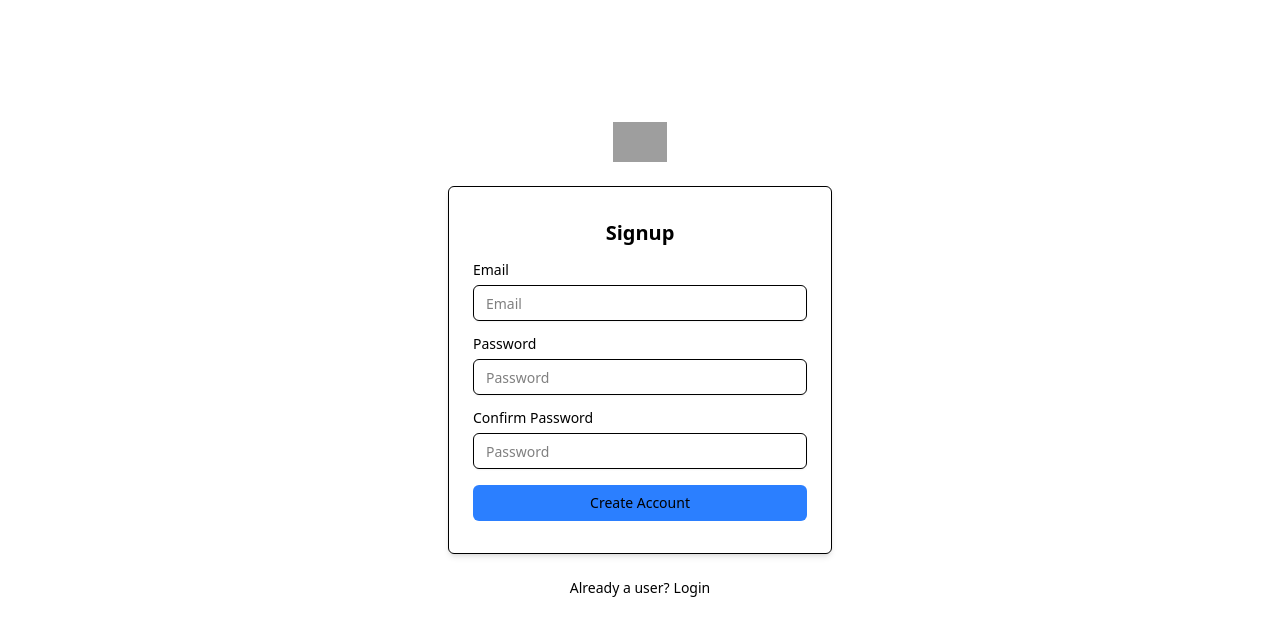
Repository: Syed-Mohsin-Ali786/frontend-expense-tracker
Page: /signup
The author's editor kept a copy of each file at every save. The page is drawn from the files as they stood at one save, then again after the next save.
The browser window is 1280 px wide. The pictures show the whole page.
Pictures or frames that could not be fetched are drawn as grey boxes. The project was rebuilt for these pictures with package versions that can differ from the ones it lists, and the page was loaded fresh each time. Also part of the build but not shown: src/components/ui/dialog.tsx, src/components/AddExpenseDialog.tsx, src/pages/MainPage.tsx.

Above is the page before, as saved 2025-09-30 10:47:09.

### index.html
<!doctype html>
<html lang="en">
  <head>
    <meta charset="UTF-8" />
    <link rel="icon" type="image/svg+xml" href="/ExpenseTracker.png" />
    <meta name="viewport" content="width=device-width, initial-scale=1.0" />
    <title>Expense Tracker</title>
  </head>
  <body>
    <div id="root"></div>
    <script type="module" src="/src/main.tsx"></script>
  </body>
</html>

### src/main.tsx
import { StrictMode } from "react";
import { createRoot } from "react-dom/client";

import App from "./App.tsx";
import { BrowserRouter } from "react-router-dom";

createRoot(document.getElementById("root")!).render(
    <StrictMode>
  <BrowserRouter>
      <App />
  </BrowserRouter>
    </StrictMode>
);

### src/App.tsx
import { Route, Routes } from "react-router-dom";
import MainPage from "./pages/MainPage";
import "./App.css";
import SignUp from "./pages/SignUp";


function App() {
  return (
    <>
    <Routes>

      <Route path="/" element={<MainPage/>}/>
      <Route path="/signup" element={<SignUp/>}/>
    </Routes>
    </>
  );
}

export default App;

### src/pages/SignUp.tsx
import { Button } from "@/components/ui/button";
import { Input } from "@/components/ui/input";
import { Label } from "@/components/ui/label";

interface Signup2Props {
  heading?: string;
  logo?: {
    url: string;
    src: string;
    alt: string;
    title?: string;
  };
  buttonText?: string;
  googleText?: string;
  signupText?: string;
  signupUrl?: string;
}

const SignUp = ({
  heading = "Signup",
  logo = {
    url: "https://www.shadcnblocks.com",
    src: "https://deifkwefumgah.cloudfront.net/shadcnblocks/block/logos/shadcnblockscom-wordmark.svg",
    alt: "logo",
    title: "shadcnblocks.com",
  },
  buttonText = "Create Account",
  signupText = "Already a user?",
  signupUrl = "https://shadcnblocks.com",
}: Signup2Props) => {
  return (
    <section className="bg-muted h-screen">
      <div className="flex h-full items-center justify-center">
        <div className="flex flex-col items-center gap-6 lg:justify-start">
          {/* Logo */}
          <a href={logo.url}>
            <img
              src={logo.src}
              alt={logo.alt}
              title={logo.title}
              className="h-10 dark:invert"
            />
          </a>
          <div className="min-w-sm border-muted bg-background flex w-full max-w-sm flex-col items-center gap-y-4 rounded-md border px-6 py-8 shadow-md">
            {heading && <h1 className="text-xl font-semibold">{heading}</h1>}
            <div className="flex w-full flex-col gap-2">
              <Label>Email</Label>
              <Input
                type="email"
                placeholder="Email"
                className="text-sm"
                required
              />
            </div>
            <div className="flex w-full flex-col gap-2">
              <Label>Password</Label>
              <Input
                type="password"
                placeholder="Password"
                className="text-sm"
                required
              />
            </div>
            <div className="flex w-full flex-col gap-2">
              <Label>Confirm Password</Label>
              <Input
                type="password"
                placeholder="Password"
                className="text-sm"
                required
              />
            </div>
            <Button type="submit" className="w-full bg-blue-500 hover:bg-blue-600 cursor-pointer">
              {buttonText}
            </Button>
          </div>
          <div className="text-muted-foreground flex justify-center gap-1 text-sm">
            <p>{signupText}</p>
            <a
              href={signupUrl}
              className="text-primary font-medium hover:underline"
            >
              Login
            </a>
          </div>
        </div>
      </div>
    </section>
  );
};

export default SignUp;

### src/components/ui/button.tsx
import * as React from "react"
import { Slot } from "@radix-ui/react-slot"
import { cva, type VariantProps } from "class-variance-authority"

import { cn } from "@/lib/utils"

const buttonVariants = cva(
  "inline-flex items-center justify-center gap-2 whitespace-nowrap rounded-md text-sm font-medium transition-all disabled:pointer-events-none disabled:opacity-50 [&_svg]:pointer-events-none [&_svg:not([class*='size-'])]:size-4 shrink-0 [&_svg]:shrink-0 outline-none focus-visible:border-ring focus-visible:ring-ring/50 focus-visible:ring-[3px] aria-invalid:ring-destructive/20 dark:aria-invalid:ring-destructive/40 aria-invalid:border-destructive",
  {
    variants: {
      variant: {
        default: "bg-primary text-primary-foreground hover:bg-primary/90",
        destructive:
          "bg-destructive text-white hover:bg-destructive/90 focus-visible:ring-destructive/20 dark:focus-visible:ring-destructive/40 dark:bg-destructive/60",
        outline:
          "border bg-background shadow-xs hover:bg-accent hover:text-accent-foreground dark:bg-input/30 dark:border-input dark:hover:bg-input/50",
        secondary:
          "bg-secondary text-secondary-foreground hover:bg-secondary/80",
        ghost:
          "hover:bg-accent hover:text-accent-foreground dark:hover:bg-accent/50",
        link: "text-primary underline-offset-4 hover:underline",
        expense:"cursor-pointer hover:bg-blue-600 bg-blue-500  md:px-6 lg:px-8 rounded-[12px] font-semibold text-[#ffff] text-2xl"
      },
      size: {
        default: "h-9 px-4 py-2 has-[>svg]:px-3",
        sm: "h-8 rounded-md gap-1.5 px-3 has-[>svg]:px-2.5",
        lg: "h-10 rounded-md px-6 has-[>svg]:px-4",
        icon: "size-9",
      },
    },
    defaultVariants: {
      variant: "default",
      size: "default",
    },
  }
)

function Button({
  className,
  variant,
  size,
  asChild = false,
  ...props
}: React.ComponentProps<"button"> &
  VariantProps<typeof buttonVariants> & {
    asChild?: boolean
  }) {
  const Comp = asChild ? Slot : "button"

  return (
    <Comp
      data-slot="button"
      className={cn(buttonVariants({ variant, size, className }))}
      {...props}
    />
  )
}

export { Button }

### src/components/ui/input.tsx
import * as React from "react"

import { cn } from "@/lib/utils"

function Input({ className, type, ...props }: React.ComponentProps<"input">) {
  return (
    <input
      type={type}
      data-slot="input"
      className={cn(
        "file:text-foreground placeholder:text-muted-foreground selection:bg-primary selection:text-primary-foreground dark:bg-input/30 border-input h-9 w-full min-w-0 rounded-md border bg-transparent px-3 py-1 text-base shadow-xs transition-[color,box-shadow] outline-none file:inline-flex file:h-7 file:border-0 file:bg-transparent file:text-sm file:font-medium disabled:pointer-events-none disabled:cursor-not-allowed disabled:opacity-50 md:text-sm",
        "focus-visible:border-ring focus-visible:ring-ring/50 focus-visible:ring-[3px]",
        "aria-invalid:ring-destructive/20 dark:aria-invalid:ring-destructive/40 aria-invalid:border-destructive",
        className
      )}
      {...props}
    />
  )
}

export { Input }

Loaded but not shown: src/App.css (common file); src/components/ui/label.tsx (common file); src/lib/utils.ts (common file)

After the next save:
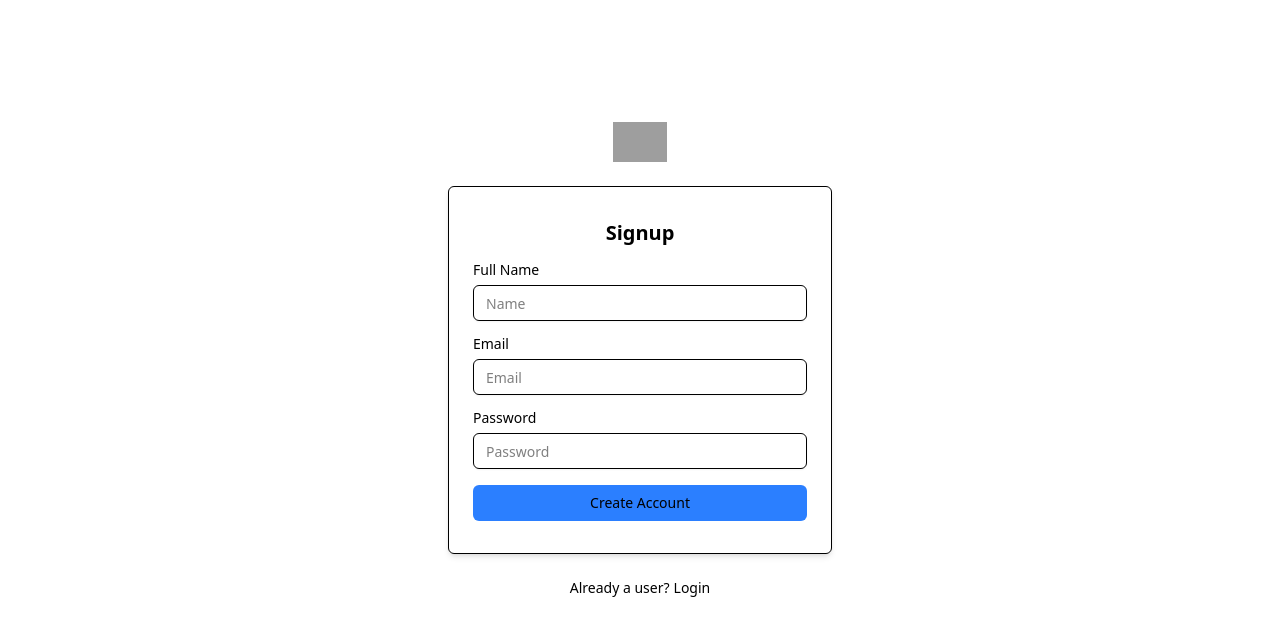
Saved 2 min 22 s later.
--- a/src/pages/SignUp.tsx
+++ b/src/pages/SignUp.tsx
@@ -44,6 +44,15 @@ const SignUp = ({
           <div className="min-w-sm border-muted bg-background flex w-full max-w-sm flex-col items-center gap-y-4 rounded-md border px-6 py-8 shadow-md">
             {heading && <h1 className="text-xl font-semibold">{heading}</h1>}
             <div className="flex w-full flex-col gap-2">
+              <Label>Full Name</Label>
+              <Input
+                type="text"
+                placeholder="Name"
+                className="text-sm"
+                required
+              />
+            </div>
+            <div className="flex w-full flex-col gap-2">
               <Label>Email</Label>
               <Input
                 type="email"
@@ -54,15 +63,6 @@ const SignUp = ({
             </div>
             <div className="flex w-full flex-col gap-2">
               <Label>Password</Label>
-              <Input
-                type="password"
-                placeholder="Password"
-                className="text-sm"
-                required
-              />
-            </div>
-            <div className="flex w-full flex-col gap-2">
-              <Label>Confirm Password</Label>
               <Input
                 type="password"
                 placeholder="Password"
